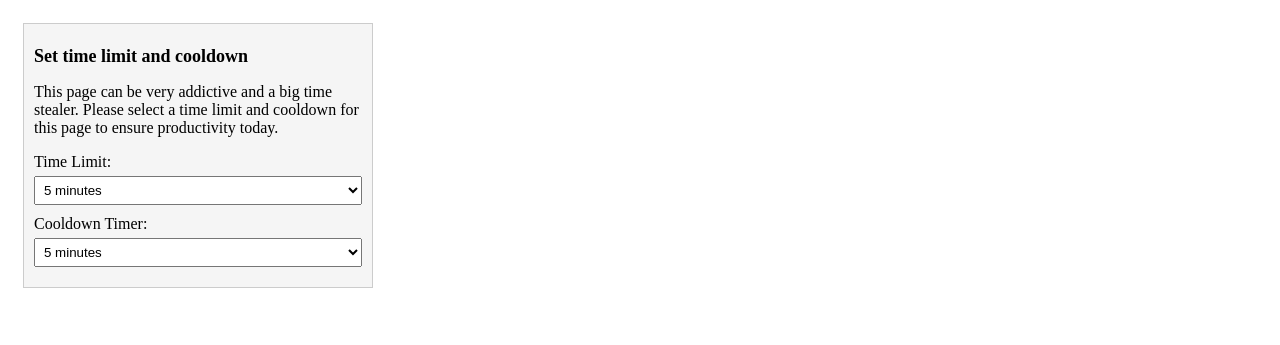
Repository: AndrlmMass/Time-management-chrome-extension
Page: popup2.html
An editor plug-in stored every save of this project. The page is shown before and after the next save, followed by the edit.
The browser window is 1280 px wide. The pictures show the whole page.

Above is the page before, as saved 2023-08-24 20:50:37.
Console error: TypeError: Cannot read properties of null (reading 'addEventListener')

After the next save:
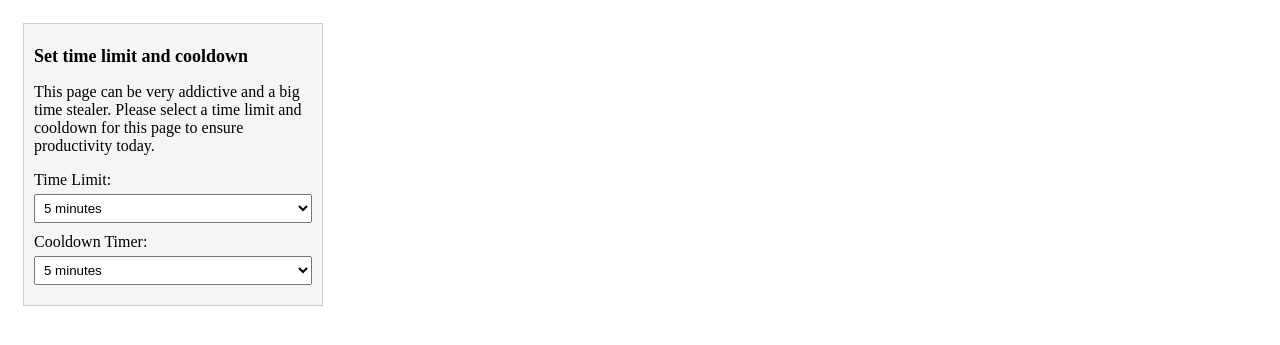
Saved 13 s later.
--- a/popup.css
+++ b/popup.css
@@ -1,5 +1,5 @@
 body {
-    width: 350px;
+    width: 300px;
     height: 200px;
     padding: 15px;
   }
